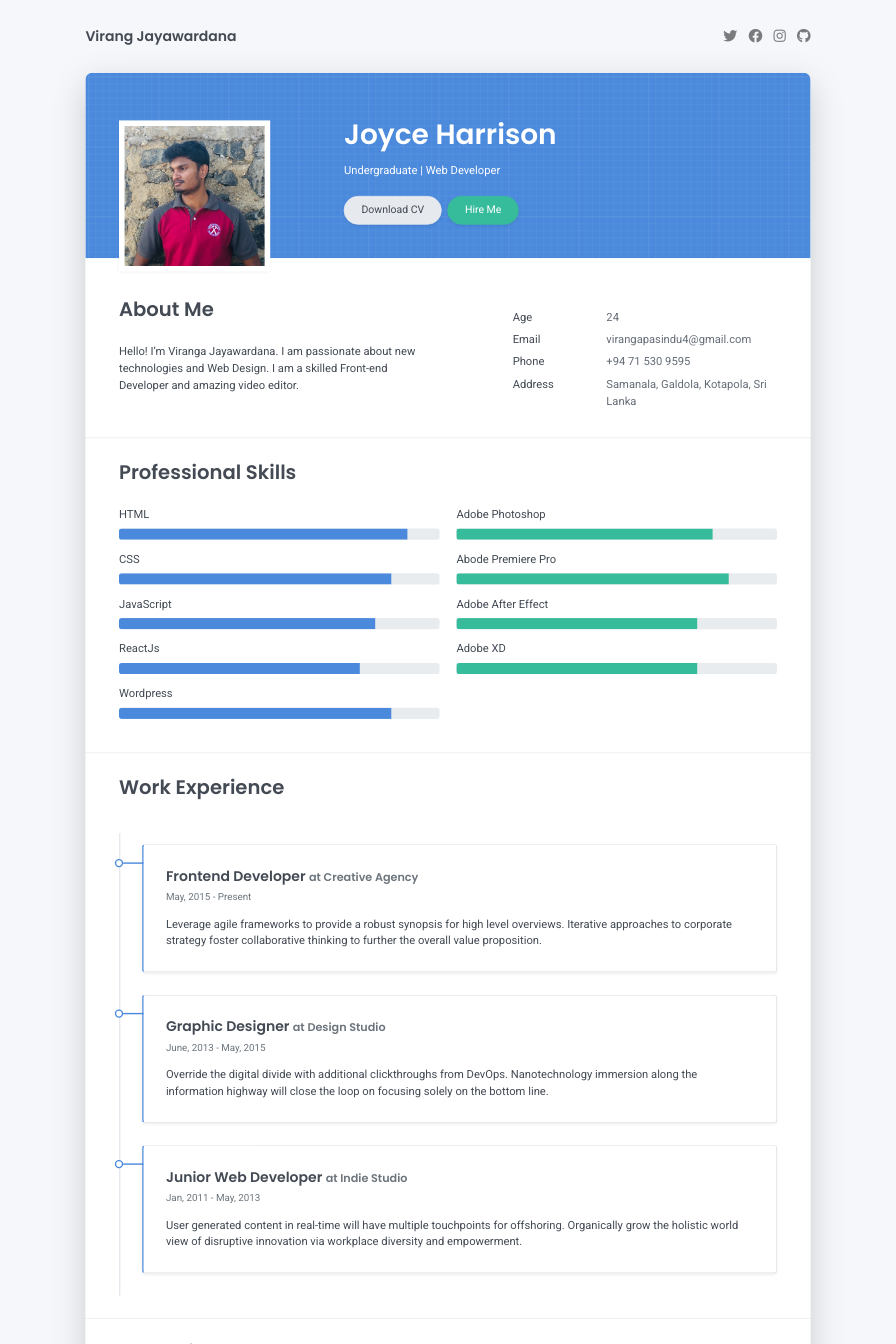
Repository: virangaj/resume
Page: index.html
The author's editor kept a copy of each file at every save. The page is drawn from the files as they stood at one save, then again after the next save.
The browser window is 1280 px wide. The pictures show the part of the page from y = 0 to 1920 px (the page is 3452 px tall), at 70% of full size.

Above is the page before, as saved 2021-08-31 19:28:22.

After the next save:
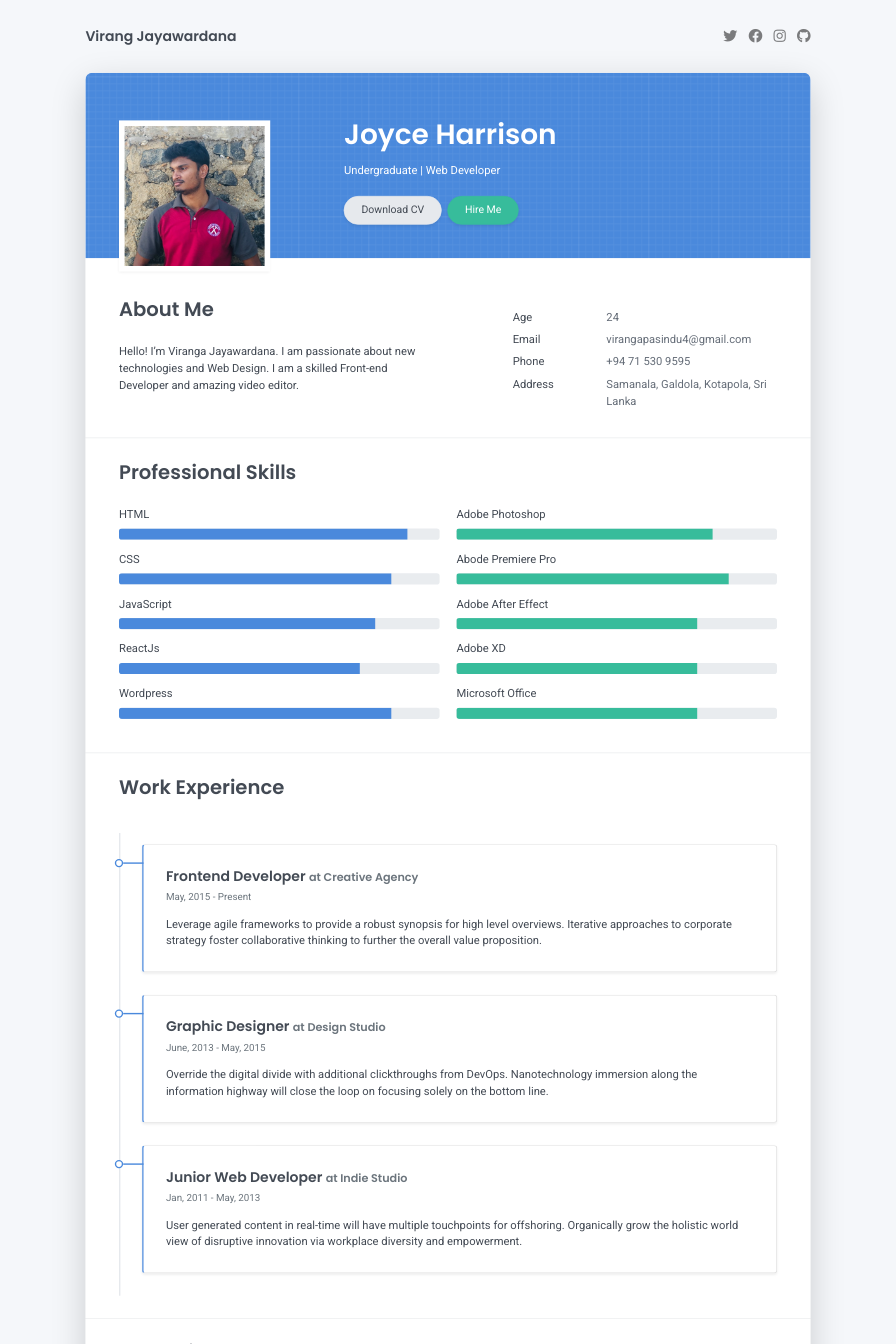
Saved 21 s later.
--- a/index.html
+++ b/index.html
@@ -319,6 +319,22 @@
 										></div>
 									</div>
 								</div>
+								<div class="mb-2">
+									<span>Microsoft Office</span>
+									<div class="progress my-1">
+										<div
+											class="progress-bar bg-success"
+											role="progressbar"
+											data-aos="zoom-in-right"
+											data-aos-delay="600"
+											data-aos-anchor=".skills-section"
+											style="width: 75%"
+											aria-valuenow="75"
+											aria-valuemin="0"
+											aria-valuemax="100"
+										></div>
+									</div>
+								</div>
 							</div>
 						</div>
 					</div>
